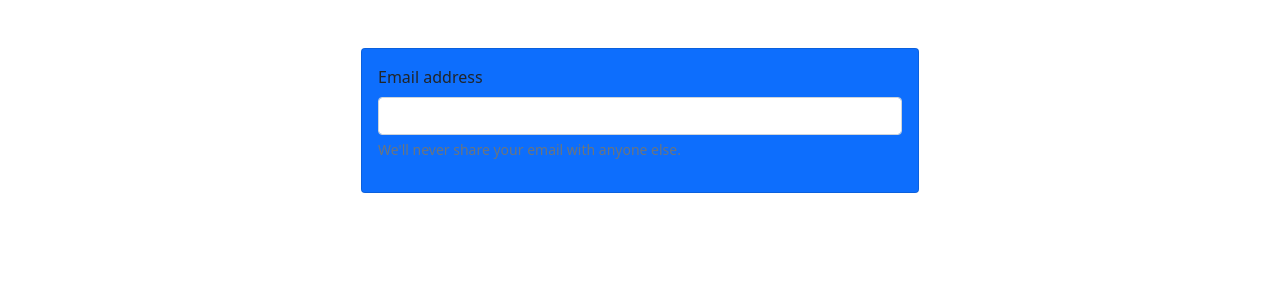
Repository: Hits-95/Spring
Page: http://localhost/SpringMVC_Search/home
An editor plug-in stored every save of this project. The page is shown before and after a run of saves, followed by the edit.
The browser window is 1280 px wide. The pictures show the whole page.
The page is served by Tomcat 9. Other server files are loaded and not shown.

Above is the page before, as saved 2021-04-10 06:57:14.

### SpringMVC_Search/src/main/webapp/WEB-INF/spring-servlet.xml
<?xml version="1.0" encoding="UTF-8"?>
<beans xmlns="http://www.springframework.org/schema/beans"
	xmlns:xsi="http://www.w3.org/2001/XMLSchema-instance" xmlns:context="http://www.springframework.org/schema/context"
	xmlns:p="http://www.springframework.org/schema/p" xmlns:tx="http://www.springframework.org/schema/tx"
	xsi:schemaLocation="http://www.springframework.org/schema/beans
 	http://www.springframework.org/schema/beans/spring-beans.xsd
 	http://www.springframework.org/schema/context
 	http://www.springframework.org/schema/context/spring-context.xsd
 	http://www.springframework.org/schema/tx
 	http://www.springframework.org/schema/tx/spring-tx.xsd
 	">


	<!-- enable annotation -->
	<context:component-scan base-package="SpringMVC_Search"></context:component-scan>
	<!-- this is our bean -->

	<bean
		class="org.springframework.web.servlet.view.InternalResourceViewResolver"
		name="viewResolver">

		<property name="prefix" value="/WEB-INF/views/" />
		<property name="suffix" value=".jsp" />
	</bean>



</beans>

### SpringMVC_Search/src/main/webapp/WEB-INF/views/home.jsp
<%@ page language="java" contentType="text/html; charset=ISO-8859-1"
	pageEncoding="ISO-8859-1"%>
<%@include file="link.jsp"%>
<!DOCTYPE html PUBLIC "-//W3C//DTD HTML 4.01 Transitional//EN" "http://www.w3.org/TR/html4/loose.dtd">
<html>
<head>
<meta http-equiv="Content-Type" content="text/html; charset=ISO-8859-1">
<title>Home</title>
</head>
<body>
	<div class="container">
		<div class="card mx-auto mt-5 bg-primary" style="width: 50%;">
			<!-- <img src="..." class="card-img-top" alt="..."> -->
			<div class="card-body">
				<form action="">
					<div class="mb-3">
						<label for="exampleInputEmail1" class="form-label">Email
							address</label> <input type="email" class="form-control"
							id="exampleInputEmail1" aria-describedby="emailHelp">
						<div id="emailHelp" class="form-text">We'll never share your
							email with anyone else.</div>
					</div>
				</form>
			</div>
		</div>
	</div>

</body>
</html>

### SpringMVC_Search/src/main/webapp/WEB-INF/views/link.jsp
<!doctype html>
<html lang="en">
  <head>
    <!-- Required meta tags -->
    <meta charset="utf-8">
    <meta name="viewport" content="width=device-width, initial-scale=1">

    <!-- Bootstrap CSS -->
    <link href="https://cdn.jsdelivr.net/npm/bootstrap@5.0.0-beta3/dist/css/bootstrap.min.css" rel="stylesheet" integrity="sha384-eOJMYsd53ii+scO/bJGFsiCZc+5NDVN2yr8+0RDqr0Ql0h+rP48ckxlpbzKgwra6" crossorigin="anonymous">


  </head>
  <body>


    <!-- Optional JavaScript; choose one of the two! -->

    <!-- Option 1: Bootstrap Bundle with Popper -->
    <script src="https://cdn.jsdelivr.net/npm/bootstrap@5.0.0-beta3/dist/js/bootstrap.bundle.min.js" integrity="sha384-JEW9xMcG8R+pH31jmWH6WWP0WintQrMb4s7ZOdauHnUtxwoG2vI5DkLtS3qm9Ekf" crossorigin="anonymous"></script>

    <!-- Option 2: Separate Popper and Bootstrap JS -->
    <!--
    <script src="https://cdn.jsdelivr.net/npm/@popperjs/core@2.9.1/dist/umd/popper.min.js" integrity="sha384-SR1sx49pcuLnqZUnnPwx6FCym0wLsk5JZuNx2bPPENzswTNFaQU1RDvt3wT4gWFG" crossorigin="anonymous"></script>
    <script src="https://cdn.jsdelivr.net/npm/bootstrap@5.0.0-beta3/dist/js/bootstrap.min.js" integrity="sha384-j0CNLUeiqtyaRmlzUHCPZ+Gy5fQu0dQ6eZ/xAww941Ai1SxSY+0EQqNXNE6DZiVc" crossorigin="anonymous"></script>
    -->
  </body>
</html>

### SpringMVC_Search/src/main/java/SpringMVC_Search/SearchController.java
package SpringMVC_Search;

import org.springframework.stereotype.Controller;
import org.springframework.web.bind.annotation.RequestMapping;

@Controller
public class SearchController {

	@RequestMapping("/home")
	public String home(){

		System.out.println("home was called...");
		return"home";
	}
}

After the next 2 saves:
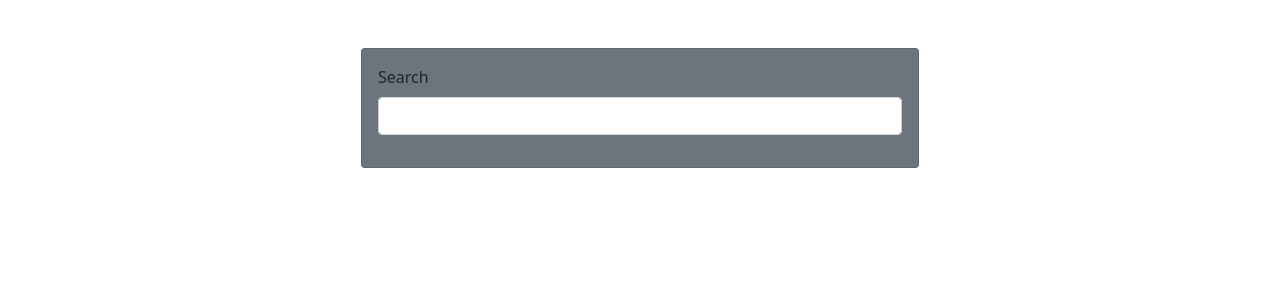
The 2 saves are shown as one change because they came seconds apart.
The last was saved 117 s later.
--- a/SpringMVC_Search/src/main/webapp/WEB-INF/views/home.jsp
+++ b/SpringMVC_Search/src/main/webapp/WEB-INF/views/home.jsp
@@ -9,16 +9,15 @@
 </head>
 <body>
 	<div class="container">
-		<div class="card mx-auto mt-5 bg-primary" style="width: 50%;">
+		<div class="card mx-auto mt-5 bg-secondary" style="width: 50%;">
 			<!-- <img src="..." class="card-img-top" alt="..."> -->
 			<div class="card-body">
 				<form action="">
 					<div class="mb-3">
-						<label for="exampleInputEmail1" class="form-label">Email
-							address</label> <input type="email" class="form-control"
-							id="exampleInputEmail1" aria-describedby="emailHelp">
-						<div id="emailHelp" class="form-text">We'll never share your
-							email with anyone else.</div>
+						<label for="search" class="form-label">Search</label> <input
+							type="text" class="form-control" id="querybox" name="querybox"
+							aria-describedby="emailHelp">
+
 					</div>
 				</form>
 			</div>
